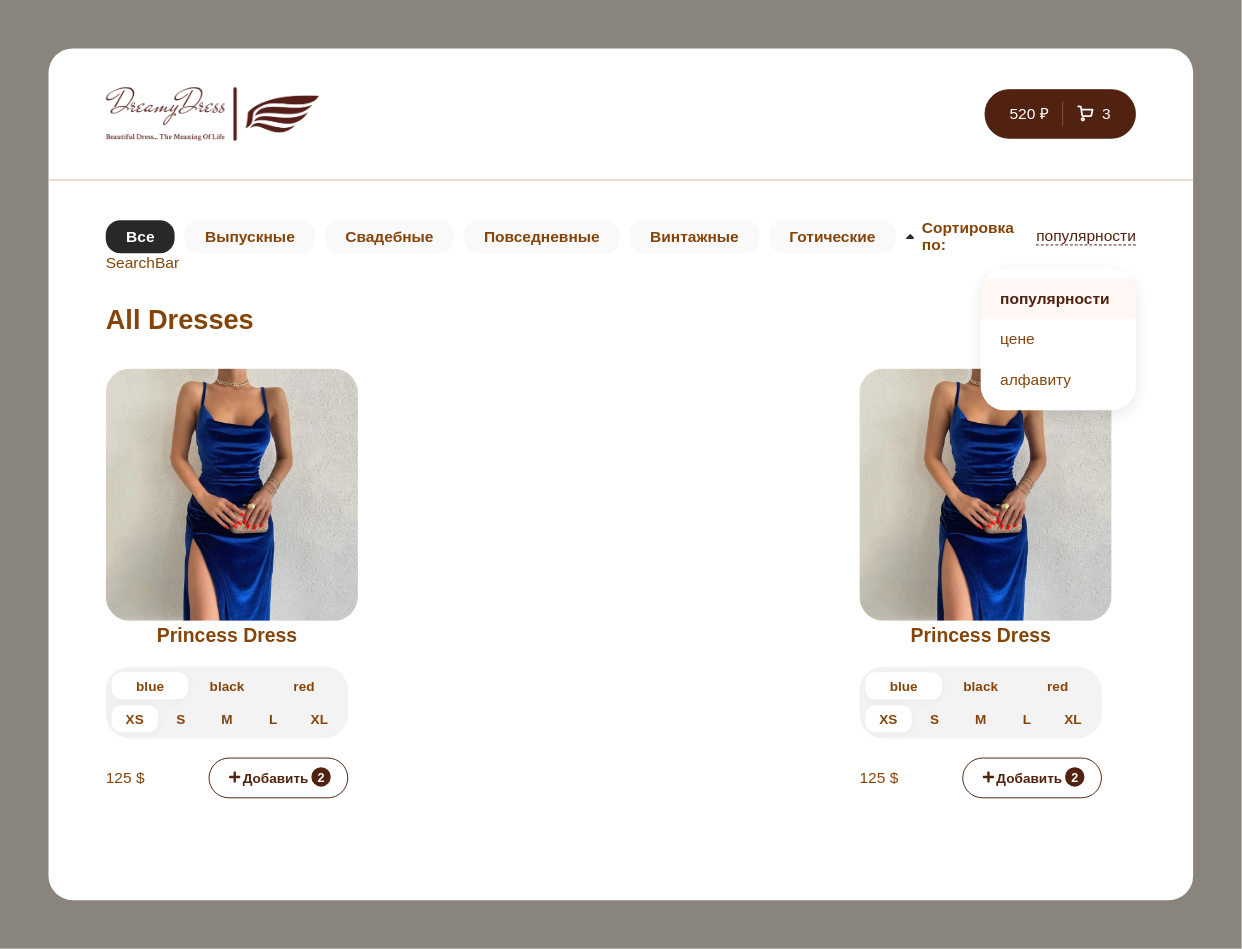
Repository: DisasterWoman/SPA-shop
Page: /
An editor plug-in stored every save of this project. The page is shown before and after the next save, followed by the edit.
The browser window is 1280 px wide. The pictures show the whole page, at 97% of full size.
Some web fonts or font styles are not loaded; a fallback is used. The project was rebuilt for these pictures with package versions that can differ from the ones it lists, and the page was loaded fresh each time.

Above is the page before, as saved 2022-11-29 17:17:18.

### src/App.js
import './scss/app.scss';
import Categories from './components/Categories/Categories';
import DressBlock from './components/DressBlock/DressBlock';
import Header from './components/Header/Header';
import Sort from './components/Sort/Sort';
import SearchBar from './components/SearchBar/SearchBar';

function App() {
  return (
    <div className="wrapper">
      <Header />
      <div className="content">
        <div className="container">
          <div className="content__top">
            <Categories />
            <Sort />
          </div>
          <SearchBar />
          <h2 className="content__title">All Dresses</h2>
          <div className="content__items">
            <DressBlock />
            <DressBlock />
          </div>
        </div>
      </div>
    </div>
  );
}

export default App;

### src/scss/app.scss
@import 'variables.scss';
@import './libs/normalize.scss';
@import './all';

body {
  background-color: $background;
}

.wrapper {
  width: calc(100vw - 100px);
  height: 100%;
  background-color: #fff;
  margin: 50px auto;
  border-radius: 25px;
  max-width: 1400px;
}

.content {
  padding: 40px 0;

  &__title {
    margin: 35px 0;
  }

  &__items {
    display: flex;
    flex-wrap: wrap;
    justify-content: space-between;
  }

  &__top {
    display: flex;
    align-items: center;
    justify-content: space-between;
  }
}

.container {
  width: $container-width;
  margin: 0 auto;

  &--cart {
    max-width: 820px;
    margin: 90px auto;
    .content__title {
      margin: 0;
    }
  }
}

.cart {
  &__top {
    display: flex;
    justify-content: space-between;
    align-items: center;
  }

  .content__title {
    display: flex;
    align-items: center;
    font-size: 32px;

    svg {
      position: relative;
      top: -2px;
      width: 30px;
      height: 30px;
      margin-right: 10px;
      path {
        stroke: $black;
        strokewidth: 1.9;
      }
    }
  }

  &__clear {
    display: flex;
    align-items: center;
    cursor: pointer;
    @include noselect();

    span {
      display: inline-block;
      margin-left: 7px;
      color: #b6b6b6;
      font-size: 18px;
    }

    span,
    svg,
    path {
      transition: all $duration ease-in-out;
    }

    &:hover {
      svg {
        path {
          stroke: darken($color: #b6b6b6, $amount: 50);
        }
      }
      span {
        color: darken($color: #b6b6b6, $amount: 50);
      }
    }
  }

  &__item {
    display: flex;
    width: 100%;
    border-top: 1px solid $gray-line;
    padding-top: 30px;
    margin-top: 30px;

    &-img {
      display: flex;
      align-items: center;
      margin-right: 15px;
      width: 10%;

      img {
        width: 80px;
        height: 80px;
      }
    }

    &-info {
      display: flex;
      flex-direction: column;
      justify-content: center;
      width: 40%;

      h3 {
        font-weight: bold;
        font-size: 22px;
        line-height: 27px;
        letter-spacing: 0.01em;
      }

      p {
        font-size: 18px;
        color: #8d8d8d;
      }
    }

    &-count {
      display: flex;
      align-items: center;
      justify-content: space-between;
      width: 13%;

      &-minus {
        svg {
          path:first-of-type {
            display: none;
          }
        }
      }

      b {
        font-size: 22px;
      }
    }

    &-price {
      display: flex;
      align-items: center;
      justify-content: center;
      width: 33%;

      b {
        font-weight: bold;
        font-size: 22px;
        letter-spacing: 0.01em;
      }
    }

    &-remove {
      display: flex;
      align-items: center;
      justify-content: flex-end;
      width: 4%;

      .button {
        border-color: darken($color: $gray-line, $amount: 10);
      }

      svg {
        transform: rotate(45deg);

        path {
          fill: darken($color: $gray-line, $amount: 15);
        }
      }

      .button {
        svg {
          width: 11.5px;
          height: 11.5px;
          position: relative;
        }
        &:hover,
        &:active {
          border-color: darken($color: $gray-line, $amount: 80);
          background-color: darken($color: $gray-line, $amount: 80);
        }
      }
    }
  }

  &__bottom {
    margin: 50px 0;

    &-details {
      display: flex;
      justify-content: space-between;

      span {
        font-size: 22px;

        &:last-of-type {
          b {
            color: $brown;
          }
        }
      }
    }

    &-buttons {
      display: flex;
      justify-content: space-between;
      margin-top: 40px;

      .go-back-btn {
        display: flex;
        align-items: center;
        justify-content: center;
        width: 210px;

        border-color: darken($color: $gray-line, $amount: 10);

        span {
          color: darken($color: $gray-line, $amount: 20);
          font-weight: 500;
          font-weight: 600;
        }

        &:hover {
          background-color: darken($color: $gray-line, $amount: 90);
          border-color: darken($color: $gray-line, $amount: 90);

          span {
            color: $gray-line;
          }
        }

        svg {
          margin-right: 12px;
          path {
            fill: transparent;
            strokewidth: 2;
          }
        }
      }

      .pay-btn {
        font-size: 16px;
        font-weight: 600;
        width: 210px;
        padding: 16px;
      }
    }
  }

  &--empty {
    margin: 0 auto;
    width: 560px;
    text-align: center;

    h2 {
      font-size: 32px;
      margin-bottom: 10px;
    }

    p {
      font-size: 18px;
      line-height: 145.4%;
      letter-spacing: 0.01em;
      color: #777777;
    }

    icon {
      position: relative;
      top: 2px;
    }

    img {
      display: block;
      width: 300px;
      margin: 45px auto 60px;
    }

    .button--black {
      padding: 12px 0 14px;
      width: 230px;
      margin: 0 auto;
      font-weight: 600;
      font-size: 18px;
    }
  }
}

### src/components/Categories/Categories.jsx
import React from 'react';

function Categories() {
  return (
    <div className="categories">
      <ul>
        <li className="active">Все</li>
        <li>Выпускные</li>
        <li>Свадебные</li>
        <li>Повседневные</li>
        <li>Винтажные</li>
        <li>Готические</li>
      </ul>
    </div>
  );
}

export default Categories;

### src/components/DressBlock/DressBlock.jsx
import React from 'react';
import { Button } from '../Button/Button';
import './_dress-block.scss';

function DressBlock() {
  return (
    <div className="dress-block">
      <img className="dress-block__image" src="/images/dresses/dress0-blue.webp" alt="Dress" />
      <h4 className="dress-block__title">Princess Dress</h4>
      <div className="dress-block__selector">
        <ul>
          <li className="active">blue</li>
          <li>black</li>
          <li>red</li>
        </ul>
        <ul>
          <li className="active">XS</li>
          <li>S</li>
          <li>M</li>
          <li>L</li>
          <li>XL</li>
        </ul>
      </div>
      <div className="dress-block__bottom">
        <div className="dress-blockk__price">125 $</div>
        <Button/>
      </div>
    </div>
  );
}

export default DressBlock;

### src/components/Header/Header.jsx
import React from 'react';
import './_header.scss';
function Header() {
  return (
    <div className="header">
      <div className="container">
        <div className="header__logo">
          <img width="220" src="/dreamy-dress.png" alt="logo" />
          <div></div>
        </div>
        <div className="header__cart">
          <a href="/cart.html" className="button button--cart">
            <span>520 ₽</span>
            <div className="button__delimiter"></div>
            <svg
              width="18"
              height="18"
              viewBox="0 0 18 18"
              fill="none"
              xmlns="http://www.w3.org/2000/svg"
            >
              <path
                d="M6.33333 16.3333C7.06971 16.3333 7.66667 15.7364 7.66667 15C7.66667 14.2636 7.06971 13.6667 6.33333 13.6667C5.59695 13.6667 5 14.2636 5 15C5 15.7364 5.59695 16.3333 6.33333 16.3333Z"
                stroke="white"
                strokeWidth="1.8"
                strokeLinecap="round"
                strokeLinejoin="round"
              />
              <path stroke="white" strokeWidth="1.8" strokeLinecap="round" strokeLinejoin="round" />
              <path
                d="M4.78002 4.99999H16.3334L15.2134 10.5933C15.1524 10.9003 14.9854 11.176 14.7417 11.3722C14.4979 11.5684 14.1929 11.6727 13.88 11.6667H6.83335C6.50781 11.6694 6.1925 11.553 5.94689 11.3393C5.70128 11.1256 5.54233 10.8295 5.50002 10.5067L4.48669 2.82666C4.44466 2.50615 4.28764 2.21182 4.04482 1.99844C3.80201 1.78505 3.48994 1.66715 3.16669 1.66666H1.66669"
                stroke="white"
                strokeWidth="1.8"
                strokeLinecap="round"
                strokeLinejoin="round"
              />
            </svg>
            <span>3</span>
          </a>
        </div>
      </div>
    </div>
  );
}

export default Header;

### src/components/Sort/Sort.jsx
import React from 'react';
import './_sort.scss';

function Sort() {
  return (
    <div className="sort">
      <div className="sort__label">
        <svg
          width="10"
          height="6"
          viewBox="0 0 10 6"
          fill="none"
          xmlns="http://www.w3.org/2000/svg"
        >
          <path
            d="M10 5C10 5.16927 9.93815 5.31576 9.81445 5.43945C9.69075 5.56315 9.54427 5.625 9.375 5.625H0.625C0.455729 5.625 0.309245 5.56315 0.185547 5.43945C0.061849 5.31576 0 5.16927 0 5C0 4.83073 0.061849 4.68424 0.185547 4.56055L4.56055 0.185547C4.68424 0.061849 4.83073 0 5 0C5.16927 0 5.31576 0.061849 5.43945 0.185547L9.81445 4.56055C9.93815 4.68424 10 4.83073 10 5Z"
            fill="#2C2C2C"
          />
        </svg>
        <b>Сортировка по:</b>
        <span>популярности</span>
      </div>
      <div className="sort__popup">
        <ul>
          <li className="active">популярности</li>
          <li>цене</li>
          <li>алфавиту</li>
        </ul>
      </div>
    </div>
  );
}

export default Sort;

### src/components/SearchBar/SearchBar.jsx
import React, {useState}  from 'react'

function SearchBar() {
  return (
    <div>SearchBar</div>
  )
}

export default SearchBar

### src/scss/_variables.scss
$black: #85450a;
$background: #89857c;
$gray-line: #d5bda1;
$brown: #50220f;

$container-width: 90%;

$duration: 0.15s;

### src/scss/libs/_normalize.scss
@import url('https://fonts.googleapis.com/css2?family=Anek+Devanagari&display=swap');

*{
  padding: 0;
  margin: 0;
  list-style: none;
  outline: none;
  font-family: 'Anek Devanagari', sans-serif;
  box-sizing: border-box;
}

html {
  -ms-text-size-adjust: 100%;
  -webkit-text-size-adjust: 100%;
}

body {
  -moz-osx-font-smoothing: grayscale;
  -webkit-font-smoothing: antialiased;
  color: $black;
}

a,
span,
p,
b,
h1,
h2,
h3,
h4,
h5 {
  color: $black;
}

h1 {
  font-size: 48px;
}

h2 {
  font-weight: 600;
  font-size: 28px;
  line-height: 30px;
}

a {
  text-decoration: none;
}

@mixin noselect {
  -webkit-touch-callout: none; /* iOS Safari */
  -webkit-user-select: none; /* Safari */
  -khtml-user-select: none; /* Konqueror HTML */
  -moz-user-select: none; /* Old versions of Firefox */
  -ms-user-select: none; /* Internet Explorer/Edge */
  user-select: none; /* Non-prefixed version, currently
                                  supported by Chrome, Opera and Firefox */
}

### src/scss/_all.scss
@import '../components/Header/Header';
@import '../components/Button/button';
@import '../components/Categories/Categories';
@import '../components/Sort/Sort';
@import '../components/DressBlock/dress-block';

### src/components/Header/_header.scss
@import '../../../src/scss/variables';

.header {
  border-bottom: 1px solid $gray-line;
  padding: 40px 0;

  .container {
    display: flex;
    align-items: center;
    justify-content: space-between;
  }

  &__logo {
    display: flex;

    img {
      margin-right: 15px;
    }

    h1 {
      color: #181818;
      font-size: 24px;
      letter-spacing: 1%;
      text-transform: uppercase;
      font-weight: 800;
    }

    p {
      color: #7b7b7b;
    }
  }
}

### src/components/Button/_button.scss
@import '../../../src/scss/variables';

.button {
  display: inline-block;
  background-color: $brown;
  border-radius: 25px;
  padding: 10px 20px;
  min-width: 100px;
  text-align: center;
  cursor: pointer;
  transition: background-color $duration ease-in-out, border-color $duration ease-in-out;
  border: 1px solid transparent;

  &,
  span {
    color: #fff;
  }

  i,
  span,
  path,
  svg {
    transition: all $duration ease-in-out;
  }

  &:hover {
    background-color: darken($brown, 8%);
  }

  &:active {
    background-color: darken($brown, 12%);
    transform: translateY(1px);
  }

  &--circle {
    display: flex;
    align-items: center;
    justify-content: center;
    width: 30px;
    height: 30px;
    min-width: 30px;
    padding: 0;
    border-width: 2px;
  }

  &--black {
    background-color: $black;

    &:hover,
    &:active {
      background-color: lighten($color: $black, $amount: 10);
    }
  }

  &--outline {
    background-color: #fff;
    border-color: $brown;
    &,
    span {
      color: $brown;
    }

    svg {
      path {
        fill: $brown;
      }
    }

    &:hover {
      background-color: $brown;

      &,
      span {
        color: #fff;
      }

      svg {
        path {
          fill: #fff;
        }
      }
    }

    &:active {
      background-color: darken($brown, 8%);
    }
  }

  &__delimiter {
    width: 1px;
    height: 25px;
    background-color: rgba(255, 255, 255, 0.25);
    margin-left: 14px;
    margin-right: 14px;
  }

  &--add {
    svg {
      margin-right: 2px;
    }

    span {
      font-weight: 600;
      font-size: 14px;
    }

    &:hover {
      i {
        background-color: #fff;
        color: $brown;
      }
    }

    i {
      display: inline-block;
      border-radius: 30px;
      background-color: $brown;
      color: #fff;
      font-weight: 600;
      width: 20px;
      height: 20px;
      font-style: normal;
      font-size: 13px;
      line-height: 22px;
      position: relative;
      top: -1px;
      left: 3px;
    }
  }

  &--cart {
    display: flex;
    align-items: center;
    line-height: 23px;
    padding: 12px 25px;
    border-color: $brown;

    svg {
      margin-right: 8px;
      margin-bottom: 1px;
    }

    span {
      font-weight: 500;
      font-size: 16px;
    }
  }
}

### src/components/Categories/_categories.scss
@import '../../../src/scss/variables';

.categories {
  ul {
    display: flex;

    li {
      background-color: #f9f9f9;
      padding: 8px 21px;
      border-radius: 15px;
      margin-right: 10px;
      font-weight: bold;
      cursor: pointer;
      transition: background-color 0.1s ease-in-out;
      @include noselect();

      &:hover {
        background-color: darken(#f9f9f9, 2%);
      }

      &:active {
        background-color: darken(#f9f9f9, 5%);
      }

      &.active {
        background-color: #282828;
        color: #fff;
      }
    }
  }
}

### src/components/Sort/_sort.scss
@import '../../../src/scss/variables';

.sort {
  position: relative;
  &__label {
    display: flex;
    align-items: center;

    svg {
      margin-right: 8px;
    }

    b {
      margin-right: 8px;
    }

    span {
      color: $brown;
      border-bottom: 1px dashed $brown;
      cursor: pointer;
    }
  }

  &__popup {
    position: absolute;
    right: 0;
    margin-top: 15px;
    background: #ffffff;
    box-shadow: 0px 5px 15px rgba(0, 0, 0, 0.09);
    border-radius: 25px;
    overflow: hidden;
    padding: 10px 0;
    width: 160px;

    ul {
      overflow: hidden;
      li {
        padding: 12px 20px;
        cursor: pointer;

        &.active,
        &:hover {
          background: rgba(254, 95, 30, 0.05);
        }

        &.active {
          font-weight: bold;
          color: $brown;
        }
      }
    }
  }
}

### src/components/DressBlock/_dress-block.scss
@import '../../../src/scss/variables';

.dress-block {
  width: 250px;
  text-align: center;
  margin-bottom: 65px;

  &:not(:nth-of-type(4n)) {
    margin-right: 35px;
  }

  &__image {
    border-radius: 25px;
    width: 260px;
  }

  &__title {
    font-size: 20px;
    font-weight: 900;
    letter-spacing: 1%;
    margin-bottom: 20px;
  }

  &__selector {
    display: flex;
    background-color: #f3f3f3;
    border-radius: 25px;
    flex-direction: column;
    padding: 6px;

    ul {
      display: flex;
      flex: 1;

      &:first-of-type {
        margin-bottom: 6px;
      }

      li {
        padding: 6px;
        flex: 1;
        cursor: pointer;
        font-weight: 600;
        font-size: 14px;
        &.active {
          background: #ffffff;
          box-shadow: 0px 2px 11px rgba(0, 0, 0, 0.04);
          border-radius: 10px;
          cursor: auto;
        }
      }
    }
  }

  &__bottom {
    display: flex;
    align-items: center;
    justify-content: space-between;
    margin-top: 20px;
  }

  &__price {
    font-weight: bold;
    font-size: 22px;
    line-height: 27px;
    letter-spacing: 0.015em;
  }
}

### src/components/Button/Button.jsx
export const Button = () => {
    return (
      <div className="button button--outline button--add">
        <svg
          width="12"
          height="12"
          viewBox="0 0 12 12"
          fill="none"
          xmlns="http://www.w3.org/2000/svg"
        >
          <path
            d="M10.8 4.8H7.2V1.2C7.2 0.5373 6.6627 0 6 0C5.3373 0 4.8 0.5373 4.8 1.2V4.8H1.2C0.5373 4.8 0 5.3373 0 6C0 6.6627 0.5373 7.2 1.2 7.2H4.8V10.8C4.8 11.4627 5.3373 12 6 12C6.6627 12 7.2 11.4627 7.2 10.8V7.2H10.8C11.4627 7.2 12 6.6627 12 6C12 5.3373 11.4627 4.8 10.8 4.8Z"
            fill="white"
          />
        </svg>
        <span>Добавить</span>
        <i>2</i>
      </div>
    );
}

Loaded but not shown: public/index.html (common file); src/index.js (common file)

After the next save:
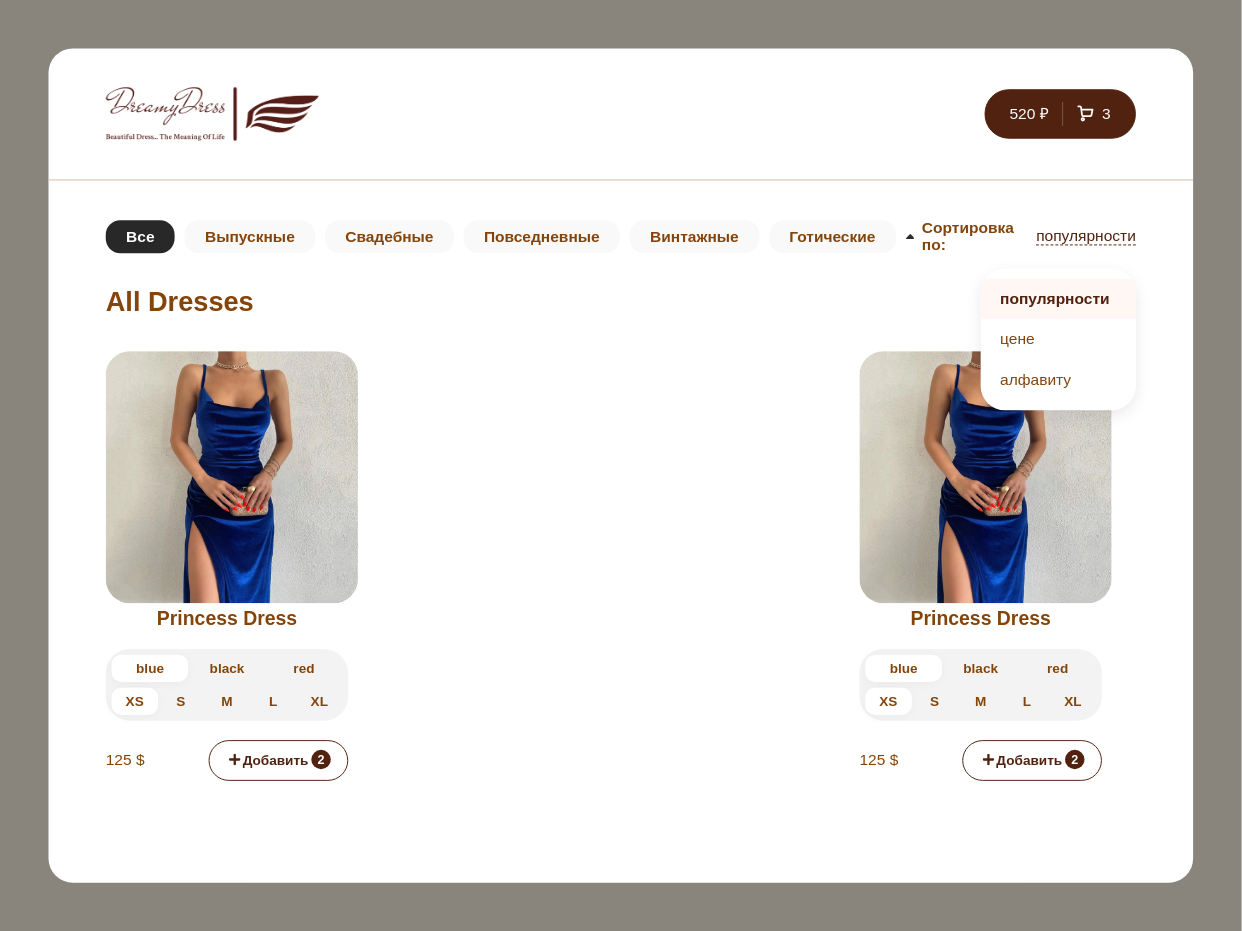
Saved 5 min 51 s later.
--- a/src/components/SearchBar/SearchBar.jsx
+++ b/src/components/SearchBar/SearchBar.jsx
@@ -2,7 +2,9 @@ import React, {useState}  from 'react'
 
 function SearchBar() {
   return (
-    <div>SearchBar</div>
+    <div>
+
+    </div>
   )
 }
 
